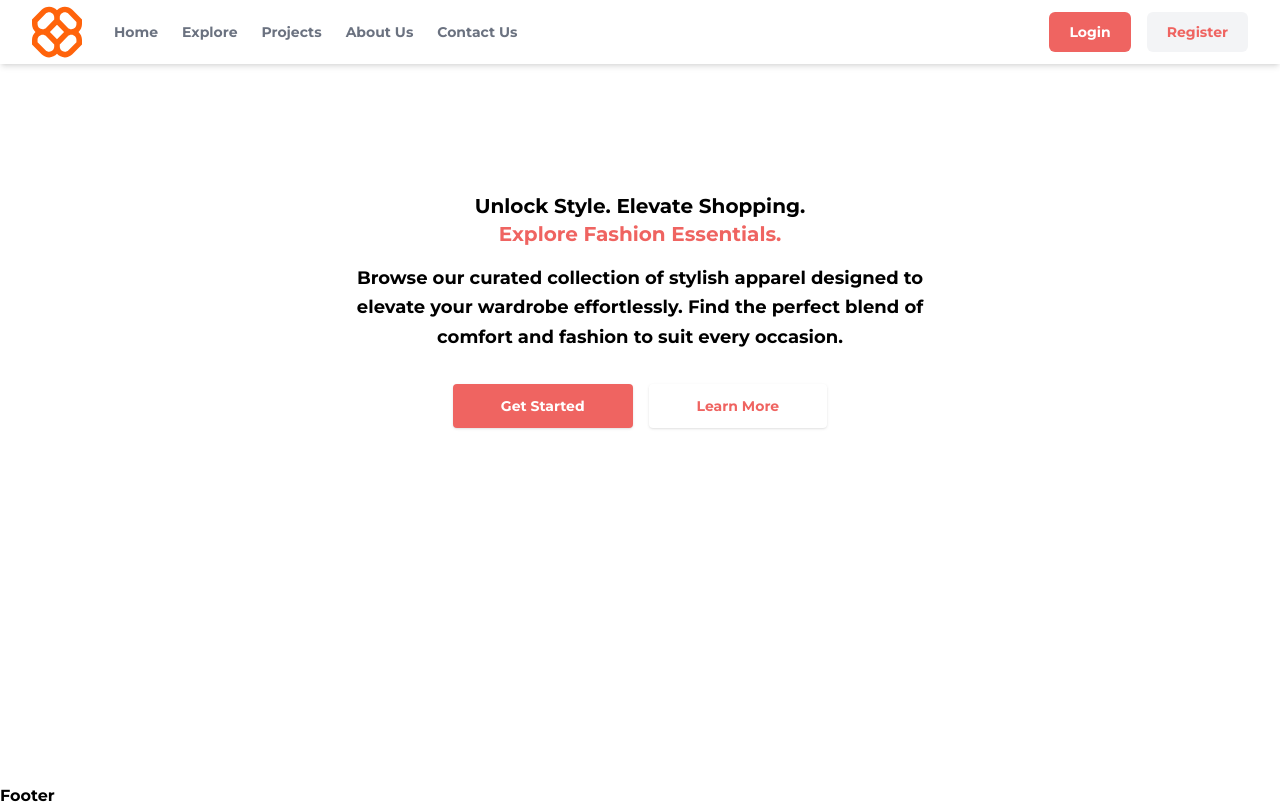
Repository: YahiaSala7/E-commerce-Project
Page: / (app in ecommerce/)
These files come from the project's save history. The page is drawn as it stood at one moment and after the next save; the edit follows.
The browser window is 1280 px wide. The pictures show the whole page.
The project was rebuilt for these pictures with package versions that can differ from the ones it lists, and the page was loaded fresh each time. The framework's server and built-in components were replaced by stand-ins that run in the browser. Also part of the build but not shown: ecommerce/next.config.mjs.

Above is the page before, as saved 2024-07-25 03:48:01.

### ecommerce/app/layout.js
import { Montserrat } from "next/font/google";
import "./globals.css";
import Header from "./_Components/Header";
import Footer from "./_Components/Footer";

const inter = Montserrat({ subsets: ["latin"], weight: "700" });

export const metadata = {
  title: "Create Next App",
  description: "Generated by create next app",
};

export default function RootLayout({ children }) {
  return (
    <html lang="en">
      <body className={inter.className}>
        <Header />
        {children}
        <Footer />
      </body>
    </html>
  );
}

### ecommerce/app/page.js
import Image from "next/image";
import Hero from "./_Components/Hero";

export default function Home() {
  return (
    <div className="home">
      <Hero />
    </div>
  );
}

### ecommerce/app/globals.css
@tailwind base;
@tailwind components;
@tailwind utilities;

:root {
  /* --foreground-rgb: 0, 0, 0; */
  /* --background-start-rgb: 214, 219, 220;
  --background-end-rgb: 255, 255, 255; */
}

@media (prefers-color-scheme: dark) {
  :root {
    /* --foreground-rgb: 0, 0, 0; */
    /* --background-start-rgb: 0, 0, 0;
    --background-end-rgb: 0, 0, 0; */
  }
}

body {
  color: rgb(var(--foreground-rgb));
  background: linear-gradient(
      to bottom,
      transparent,
      rgb(var(--background-end-rgb))
    )
    rgb(var(--background-start-rgb));
}

@layer utilities {
  .text-balance {
    text-wrap: balance;
  }
}

### ecommerce/app/_Components/Header.jsx
import React from "react";

function Header() {
  return (
    <header className="bg-white shadow-md">
      <div className="mx-auto flex h-16 max-w-screen-xl items-center gap-8 px-4 sm:px-6 lg:px-8 ">
        <img src="/logo.svg" width={"50px"} height={"50px"} />

        <div className="flex flex-1 items-center justify-end md:justify-between">
          <nav aria-label="Global" className="hidden md:block">
            <ul className="flex items-center gap-6 text-sm">
              <li>
                <a
                  className="text-gray-500 transition hover:text-gray-500/75"
                  href="#">
                  {" "}
                  Home{" "}
                </a>
              </li>

              <li>
                <a
                  className="text-gray-500 transition hover:text-gray-500/75"
                  href="#">
                  {" "}
                  Explore{" "}
                </a>
              </li>

              <li>
                <a
                  className="text-gray-500 transition hover:text-gray-500/75"
                  href="#">
                  {" "}
                  Projects{" "}
                </a>
              </li>

              <li>
                <a
                  className="text-gray-500 transition hover:text-gray-500/75"
                  href="#">
                  {" "}
                  About Us{" "}
                </a>
              </li>

              <li>
                <a
                  className="text-gray-500 transition hover:text-gray-500/75"
                  href="#">
                  {" "}
                  Contact Us{" "}
                </a>
              </li>
            </ul>
          </nav>

          <div className="flex items-center gap-4">
            <div className="sm:flex sm:gap-4">
              <a
                className="block rounded-md bg-primary px-5 py-2.5 text-sm font-medium text-white transition hover:bg-secondary "
                href="#">
                Login
              </a>

              <a
                className="hidden rounded-md bg-gray-100 px-5 py-2.5 text-sm font-medium text-primary transition hover:text-secondary sm:block"
                href="#">
                Register
              </a>
            </div>

            <button className="block rounded bg-gray-100 p-2.5 text-gray-600 transition hover:text-gray-600/75 md:hidden">
              <span className="sr-only">Toggle menu</span>
              <svg
                xmlns="http://www.w3.org/2000/svg"
                className="h-5 w-5"
                fill="none"
                viewBox="0 0 24 24"
                stroke="currentColor"
                strokeWidth="2">
                <path
                  strokeLinecap="round"
                  strokeLinejoin="round"
                  d="M4 6h16M4 12h16M4 18h16"
                />
              </svg>
            </button>
          </div>
        </div>
      </div>
    </header>
  );
}

export default Header;

### ecommerce/app/_Components/Hero.jsx
import React from "react";

function Hero() {
  return (
    <section className="">
      <div className="mx-auto max-w-screen-xl px-4 py-32 lg:flex lg:h-screen">
        <div className="mx-auto max-w-xl text-center">
          <h1 className="text-3xl font-extrabold sm:text-xl ">
            Unlock Style. Elevate Shopping.
            <strong className="font-extrabold text-primary sm:block">
              {" "}
              Explore Fashion Essentials.{" "}
            </strong>
          </h1>

          <p className="mt-4 sm:text-[18px]/relaxed">
            Browse our curated collection of stylish apparel designed to elevate
            your wardrobe effortlessly. Find the perfect blend of comfort and
            fashion to suit every occasion.
          </p>

          <div className="mt-8 flex flex-wrap justify-center gap-4">
            <a
              className="block w-full rounded bg-primary px-12 py-3 text-sm font-medium text-white shadow hover:bg-secondary focus:outline-none focus:ring active:bg-red-500 sm:w-auto"
              href="#">
              Get Started
            </a>

            <a
              className="block w-full rounded px-12 py-3 text-sm font-medium text-primary shadow hover:text-secondary focus:outline-none focus:ring active:text-red-500 sm:w-auto"
              href="#">
              Learn More
            </a>
          </div>
        </div>
      </div>
    </section>
  );
}

export default Hero;

### ecommerce/tailwind.config.js
/** @type {import('tailwindcss').Config} */
module.exports = {
  content: [
    "./pages/**/*.{js,ts,jsx,tsx,mdx}",
    "./components/**/*.{js,ts,jsx,tsx,mdx}",
    "./app/**/*.{js,ts,jsx,tsx,mdx}",
  ],
  theme: {
    extend: {
      backgroundImage: {
        "gradient-radial": "radial-gradient(var(--tw-gradient-stops))",
        "gradient-conic":
          "conic-gradient(from 180deg at 50% 50%, var(--tw-gradient-stops))",
      },
      colors: {
        primary: "#EF6461",
        secondary: " #B83D3A",
      },
    },
  },
  plugins: [],
};

Loaded but not shown: ecommerce/app/_Components/Footer.jsx (common file)

After the next save:
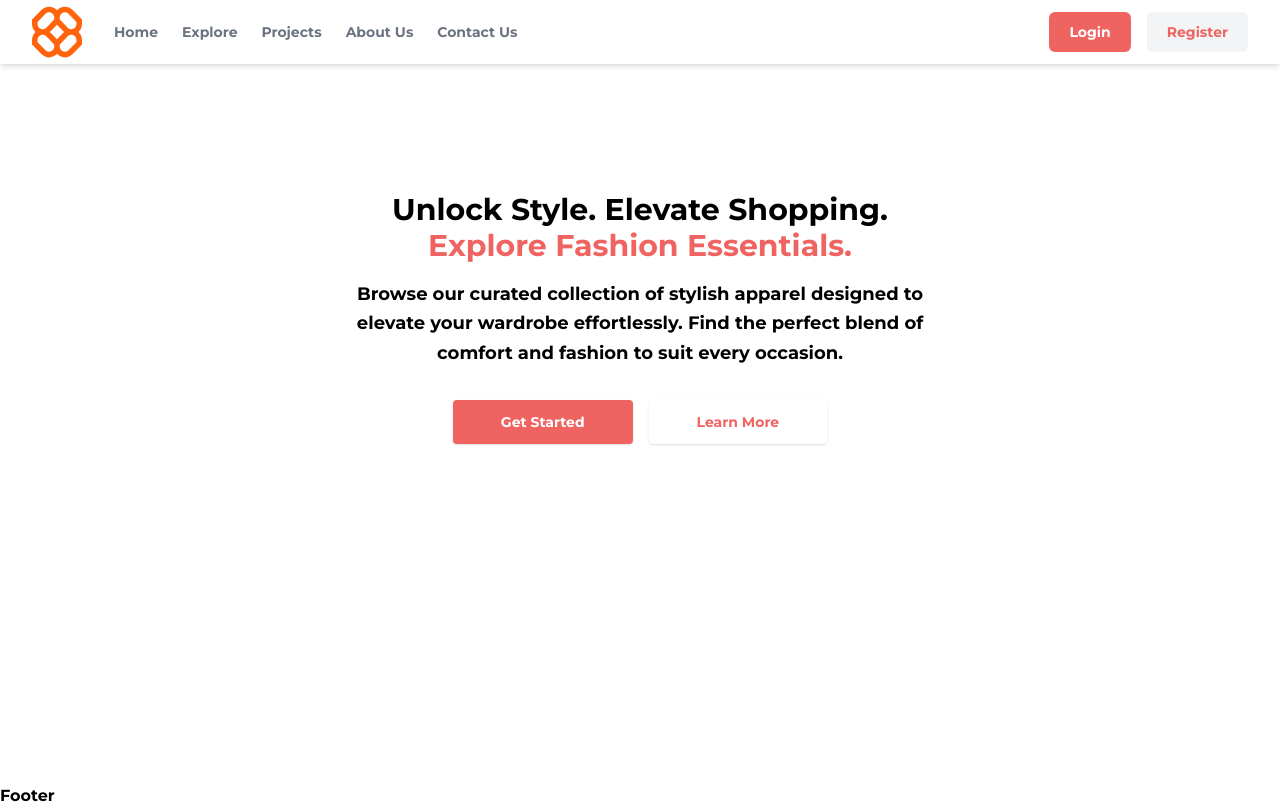
Saved 2 min 3 s later.
--- a/ecommerce/app/_Components/Hero.jsx
+++ b/ecommerce/app/_Components/Hero.jsx
@@ -5,7 +5,7 @@ function Hero() {
     <section className="">
       <div className="mx-auto max-w-screen-xl px-4 py-32 lg:flex lg:h-screen">
         <div className="mx-auto max-w-xl text-center">
-          <h1 className="text-3xl font-extrabold sm:text-xl ">
+          <h1 className="text-2xl font-extrabold sm:text-3xl ">
             Unlock Style. Elevate Shopping.
             <strong className="font-extrabold text-primary sm:block">
               {" "}
